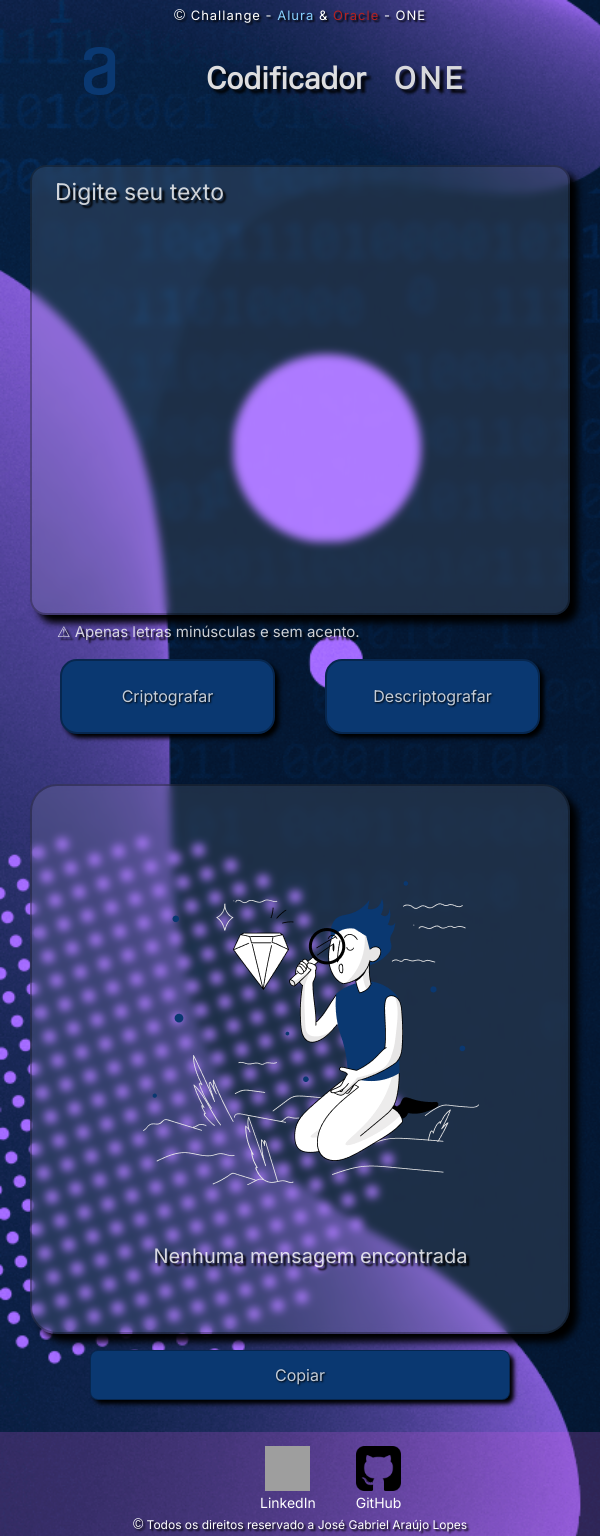
Repository: GabbrielLopes/Decodificador-ONE-Challange-Alura
Page: index.html
The author's editor kept a copy of each file at every save. The page is drawn from the files as they stood at one save, then again after the next save.
The browser window is 600 px wide. The pictures show the whole page.
Pictures or frames that could not be fetched are drawn as grey boxes.

Above is the page before, as saved 2022-05-11 23:16:08.

After the next save:
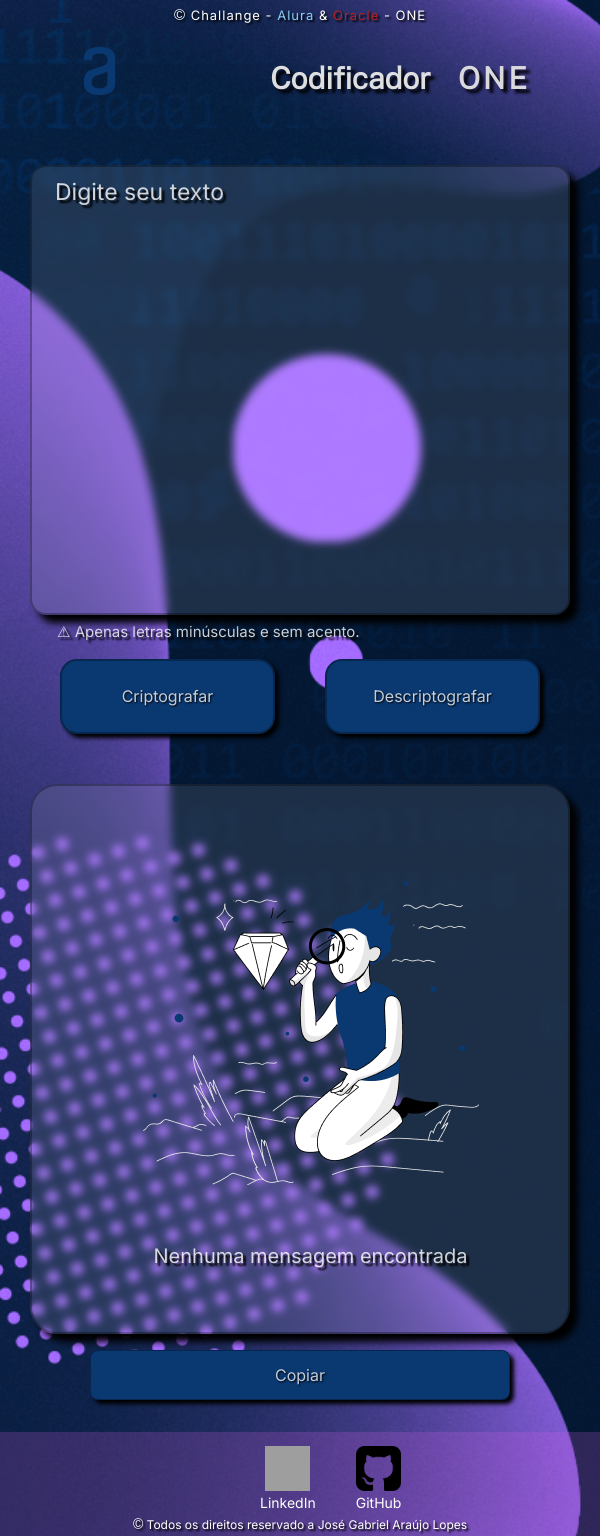
Saved 20 s later.
--- a/css/media.css
+++ b/css/media.css
@@ -5,7 +5,7 @@
         letter-spacing: normal;
         align-self: center;
         flex-direction: row;
-        margin-left: 1%;
+        margin: 0 auto;
     }
 
     .main {
